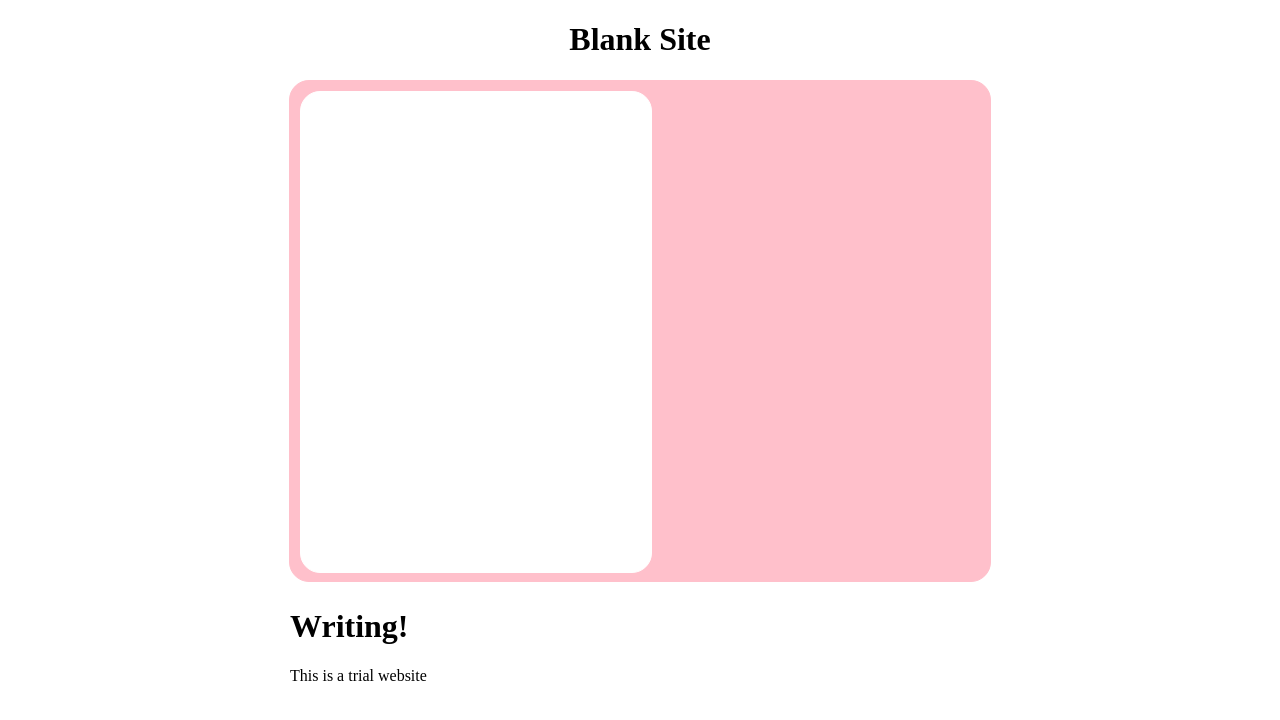
Repository: yhung004/Blank_Project
Page: index.html
These files come from the project's save history. The page is drawn as it stood at one moment and after the next save; the edit follows.
The browser window is 1280 px wide. The pictures show the whole page.

Above is the page before, as saved 2024-04-04 02:40:06.

### index.html
<!DOCTYPE html>
<html lang="en">
<head>
    <meta charset="UTF-8">
    <meta name="viewport" content="width=device-width, initial-scale=1.0">
    <title>Blank_Project</title>
    <link rel="stylesheet" href="index.css">
</head>
<body>
    <h1 class="header1">Blank Site</h1>
    <div class="main">
        <div class="container"></div>
        <div class="words">
            <h1 class="heading2">Writing!</h1>
            <p class="subwriting">This is a trial website</p>
        </div>

    </div>

</body>
</html>

### index.css
.header1 {
    text-align: center;
}
.main {
    background-color: pink;
    width: 700px;
    height: 500px;
    margin:auto;
    border: 1px solid pink;
    border-radius: 20px;
}
.container {
    margin:10px;
    background-color:white;
    width:350px;
    height: 480px;
    border :1px solid white;
    border-radius: 20px;
    display: inline-block;
}
.words {
    display:inline;
    float: top right;
}

After the next save:
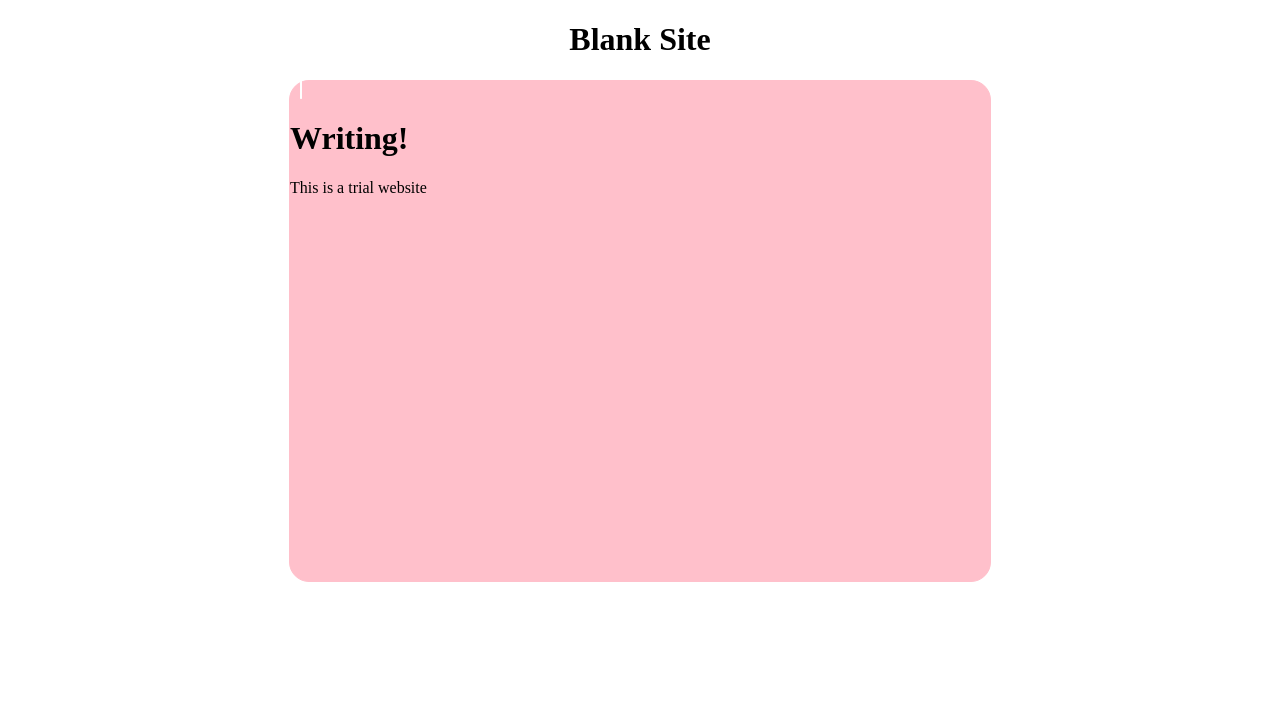
Saved 5 s later.
--- a/index.css
+++ b/index.css
@@ -16,7 +16,7 @@
     height: 480px;
     border :1px solid white;
     border-radius: 20px;
-    display: inline-block;
+    display: inline;
 }
 .words {
     display:inline;

After the save that followed:
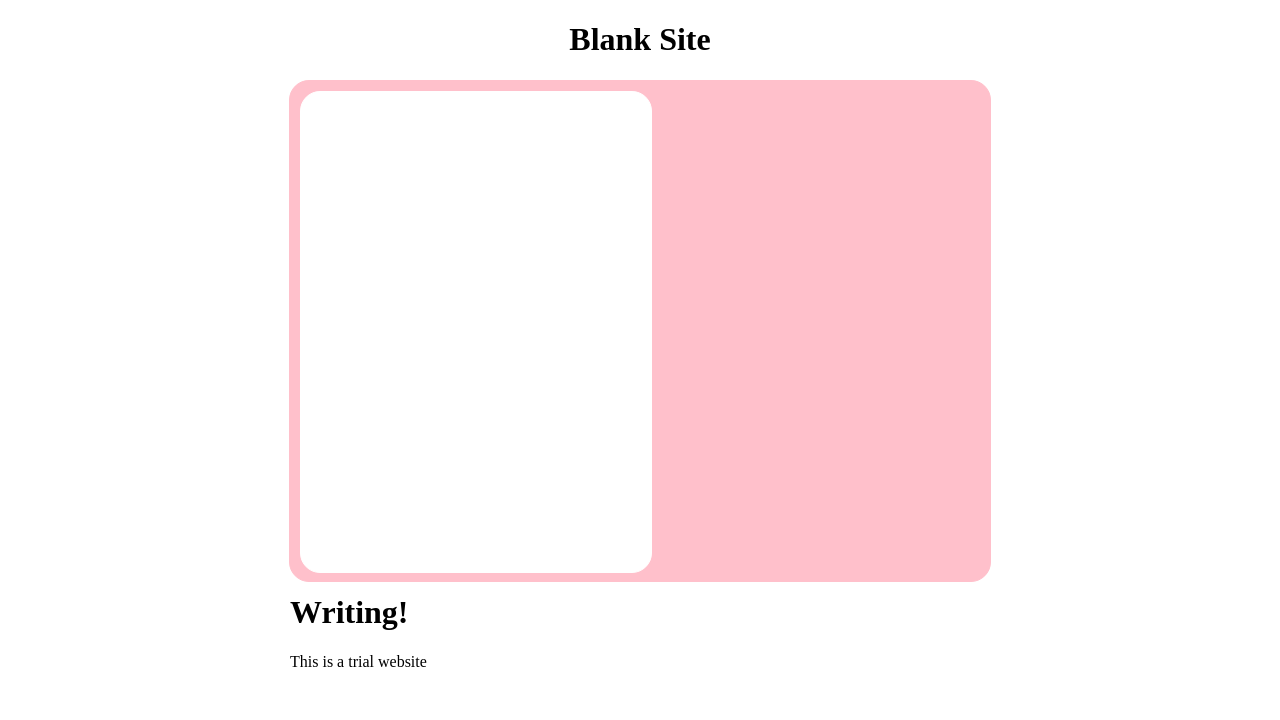
Saved 4 s later.
--- a/index.css
+++ b/index.css
@@ -16,7 +16,7 @@
     height: 480px;
     border :1px solid white;
     border-radius: 20px;
-    display: inline;
+    display: flex;
 }
 .words {
     display:inline;
